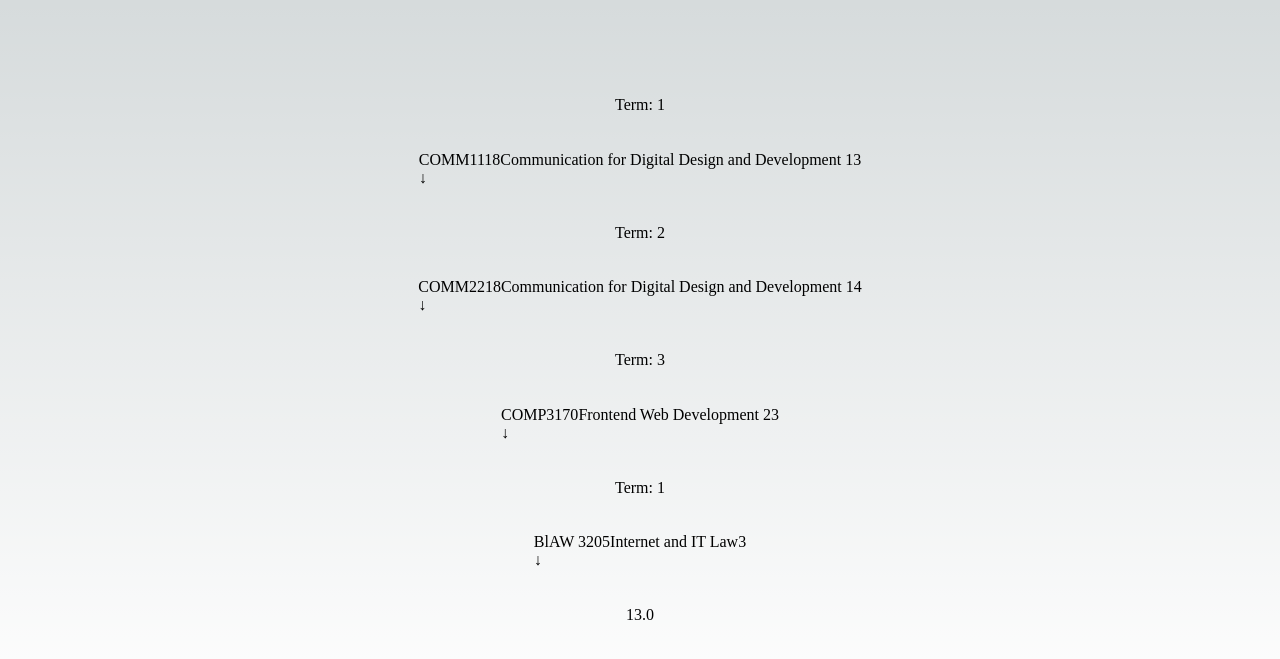
Repository: sierralaurent/MDIA2109-EnvVar
Page: /
The author's editor kept a copy of each file at every save. The page is drawn from the files as they stood at one save, then again after the next save.
The browser window is 1280 px wide. The pictures show the whole page.
The project was rebuilt for these pictures with package versions that can differ from the ones it lists, and the page was loaded fresh each time. The framework's server and built-in components were replaced by stand-ins that run in the browser. Also part of the build but not shown: next.config.js.

Above is the page before, as saved 2023-03-27 14:07:59.

### pages/index.js
import Head from 'next/head'
import styles from '@/styles/Home.module.css'
import { matrix } from '../Data/matrix.js'
import { useEffect, useState } from 'react'
import Accordion from '@/components/Accordion/index.js'

export default function Home() {

const [totalCredits, setTotalCredits] = useState(0);
const [data, setData] = useState([...matrix.courses]);

useEffect(() => {
  var x =0;

  data.map((i) => {
    x +=i.credits;
  })

  setTotalCredits(x);
}, [])

  return (
    <>
      <Head>
        <title>Create Next App</title>
        <meta name="description" content="Generated by create next app" />
        <meta name="viewport" content="width=device-width, initial-scale=1" />
        <link rel="icon" href="/favicon.ico" />
      </Head>
      <main className={styles.main}>

        {
          data && data.map((info, index) => {
            return(
              <Accordion key={index} term={info.term} code={info.code} title={info.title} credits={info.credits} description={info.description}/>
            )
          })
        }


        {totalCredits.toFixed(1)}
      </main>
    </>
  )
}

### Data/matrix.js
export const matrix ={
    courses: [
        {
            term: 1,
            code: "COMM1118",
            title: "Communication for Digital Design and Development 1",
            credits: 3.0,
            description: "descritpion1"
        },
        {
            term: 2,
            code: "COMM2218",
            title: "Communication for Digital Design and Development 1",
            credits: 4.0,
            description: "descritpion2"
        },
        {
            term: 3,
            code: "COMP3170",
            title: "Frontend Web Development 2",
            credits: 3.0,
            description: "descritpion3"
        },
        {
            term: 1,
            code: "BlAW 3205",
            title: "Internet and IT Law",
            credits: 3.0,
            description: "descritpion4"
        }
    ]
}

### components/Accordion/index.js
import { useEffect, useState } from 'react'

export default function Accordion({
    term,
    code,
    title,
    credits,
    description
}) {
    const [isActive, setIsActive] = useState(false);

    return(
        <>
            Term: {term}

            <div onClick={() => setIsActive(!isActive)}>
                {code}
                {title}
                {credits}
                <div>{isActive ? "^" : "↓"}</div>
            </div>
            {isActive && <div>{description}</div>}
        </>
    )
}

Loaded but not shown: pages/_app.js (common file); pages/_document.js (common file); styles/globals.css (common file); styles/Home.module.css (common file)

After the next save:
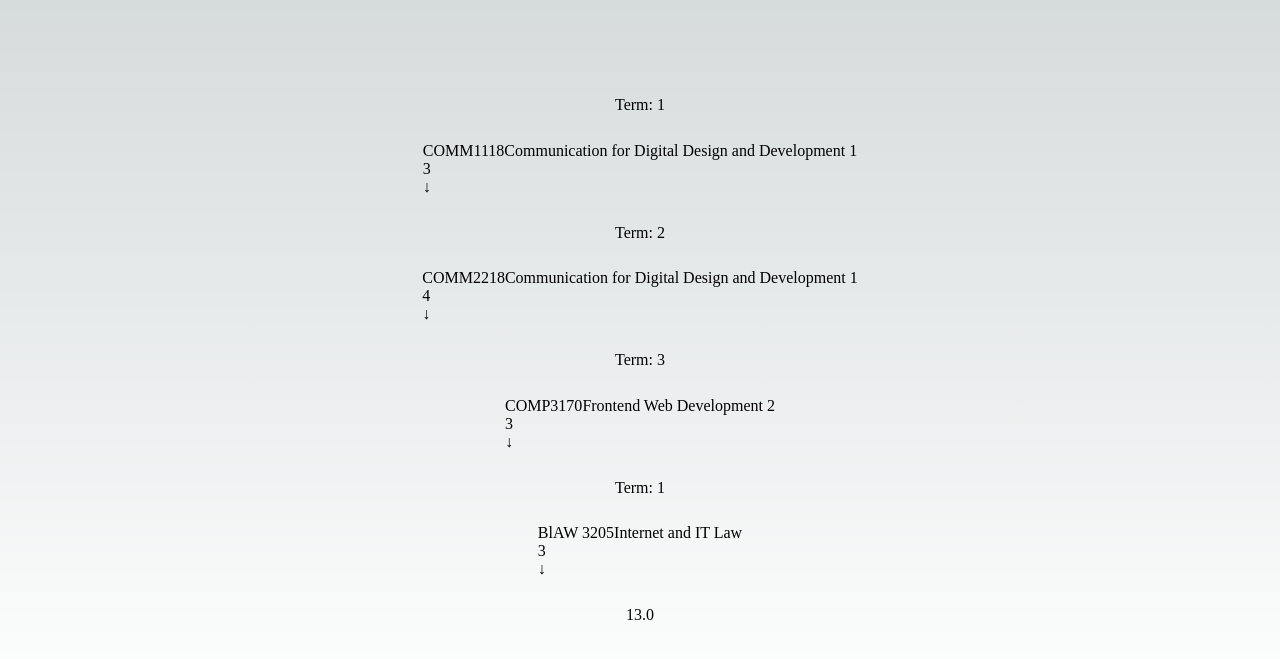
Saved 3 min 51 s later.
--- a/components/Accordion/index.js
+++ b/components/Accordion/index.js
@@ -15,7 +15,7 @@ export default function Accordion({
 
             <div onClick={() => setIsActive(!isActive)}>
                 {code}
-                {title}
+                {title} <br/>
                 {credits}
                 <div>{isActive ? "^" : "↓"}</div>
             </div>
